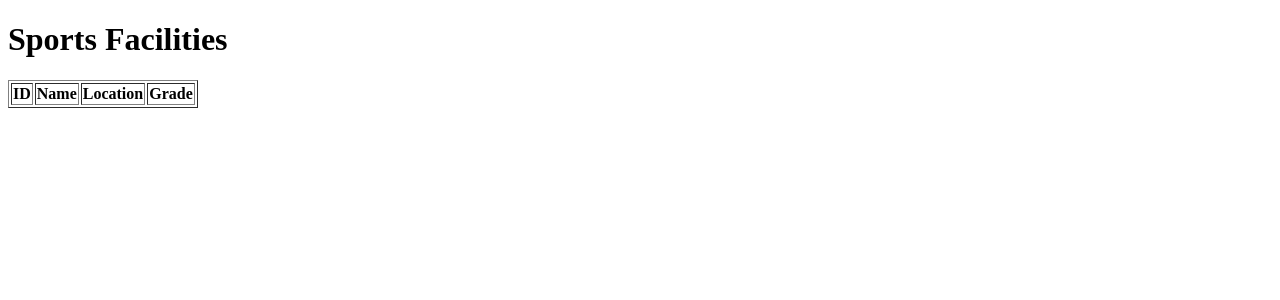
Repository: markovicuros/Fitpass-web
Page: FitnessCenter/WebContent/index.html
The author's editor kept a copy of each file at every save. The page is drawn from the files as they stood at one save, then again after the next save.
The browser window is 1280 px wide. The pictures show the whole page.
The page's requests for data from a server got no answer.

Above is the page before, as saved 2022-06-19 15:41:54.

### FitnessCenter/WebContent/index.html
<!DOCTYPE html>
<html>
    <head>
    <title>Sports Facilities</title>
    <meta charset="UTF-8" />
    <!--  <link rel="stylesheet" type="text/css" href="styles.css" />-->

    </head>

    <body>
    <div id="sportsFacilities">

    <h1>{{title}}</h1>
    <table border="1" id="tabela">
        <thead>
            <tr>
                <th>ID</th>
                <th>Name</th>
                <th>Location</th>
                <th>Grade</th>
            </tr>
        </thead>

        <tr v-for="sf in sportFacilities">

            <td>{{sf.sportFacilityId}}</td>
            <td>{{sf.name}}</td>
            <td>{{sf.location}}</td>
            <td>{{sf.averageGrade}}</td>

        </tr>


    </table>
    </div>

    <script src="js/vue.js"></script>
    <script src="js/axios.js"></script>
    <script type="app/app.js"></script>
    <script src="app/sportsFacilities.js"></script>
    </body>

</html>

### FitnessCenter/WebContent/app/sportsFacilities.js
var sportFacilities = new Vue({
    el:'#sportsFacilities',
    data:{
        sportFacilities: null,
        title: "Sports Facilities"
    },
    mounted(){
        axios.get('rest/facilities/GetAll')
             .then(response =>(this.sportFacilities = response.data))
    },
    methods:{

    }
});

Loaded but not shown: FitnessCenter/WebContent/js/vue.js (library); FitnessCenter/WebContent/js/axios.js (1660 lines, source omitted)

After the next save:
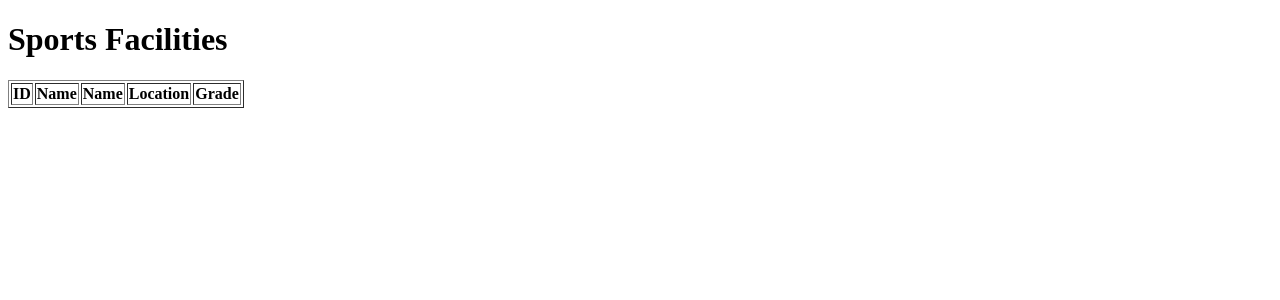
Saved 2 min 13 s later.
--- a/FitnessCenter/WebContent/index.html
+++ b/FitnessCenter/WebContent/index.html
@@ -16,6 +16,7 @@
             <tr>
                 <th>ID</th>
                 <th>Name</th>
+                <th>Name</th>
                 <th>Location</th>
                 <th>Grade</th>
             </tr>
@@ -25,6 +26,7 @@
 
             <td>{{sf.sportFacilityId}}</td>
             <td>{{sf.name}}</td>
+            <td>{{sf.isWorking}}</td>
             <td>{{sf.location}}</td>
             <td>{{sf.averageGrade}}</td>
 
